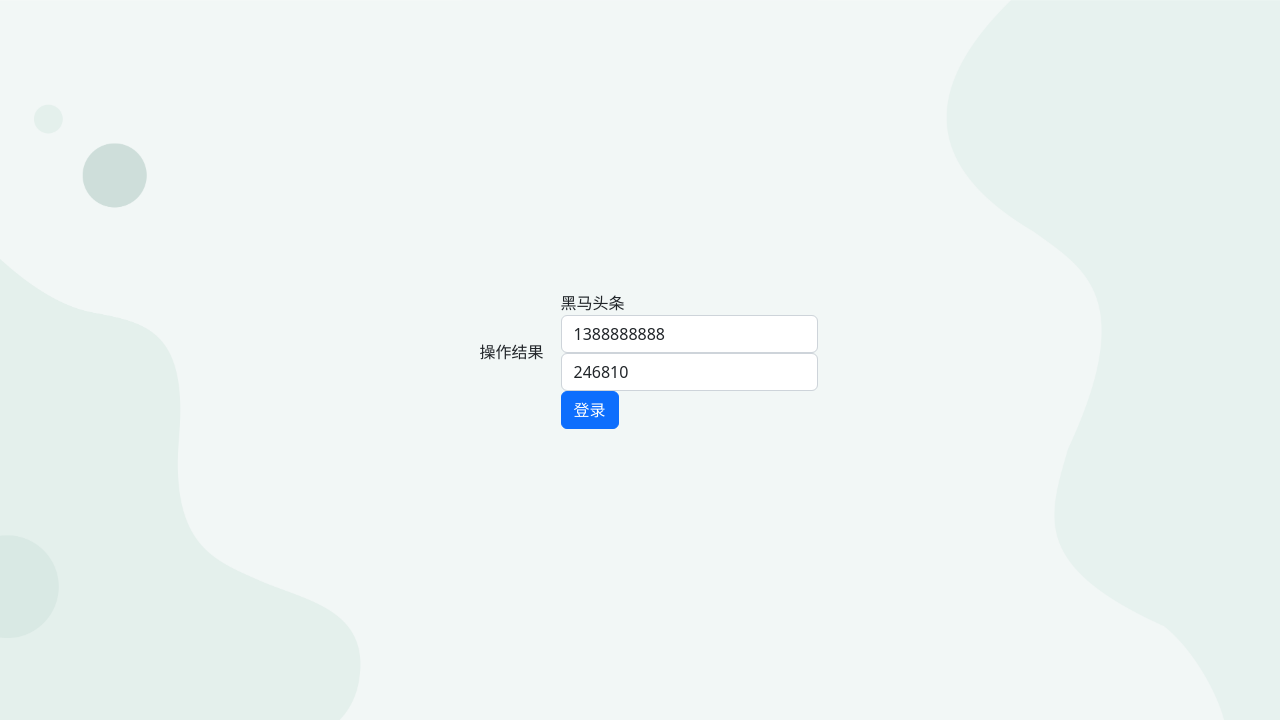
Repository: tangjieqin/heimaToaxios
Page: page/login/assets/index.html
These files come from the project's save history. The page is drawn as it stood at one moment and after the next save; the edit follows.
The browser window is 1280 px wide. The pictures show the whole page.

Above is the page before, as saved 2025-04-05 09:42:08.

### page/login/assets/index.html
<!DOCTYPE html>
<html lang="en">

<head>
    <meta charset="UTF-8">
    <meta http-equiv="X-UA-Compatible" content="IE=edge">
    <meta name="viewport" content="width=device-width, initial-scale=1.0">
    <link rel="stylesheet" href="https://cdn.bootcdn.net/ajax/libs/twitter-bootstrap/5.2.3/css/bootstrap.min.css">
    <link rel="stylesheet" href="./index.css">
    <title>黑马头条-数据管理平台</title>
</head>

<body>
    <!-- 警告框 -->
    <div class="alert info-box">
        操作结果
    </div>
    <!-- 登录页面 -->
    <div class="login-wrap">
        <div class="title">黑马头条</div>
        <div>
            <form class="login-form">
                <div class="item">
                    <input type="text" class="form-control" name="mobile" placeholder="请输入手机号" value="1388888888">
                </div>
                <div class="item">
                    <input type="text" class="form-control" name="code" placeholder="默认验证码246810" value="246810">
                </div>
                <div class="item">
                    <button type="button" class="btn btn-primary btn">登录</button>
                </div>
            </form>
        </div>
    </div>
</body>

</html>

### page/login/assets/index.css
html,
body {
    height: 100%;
    background: url('./assets/login-bg.png') no-repeat center/cover;
    display: flex;
    align-items: center;
    justify-content: center;
}

After the next save:
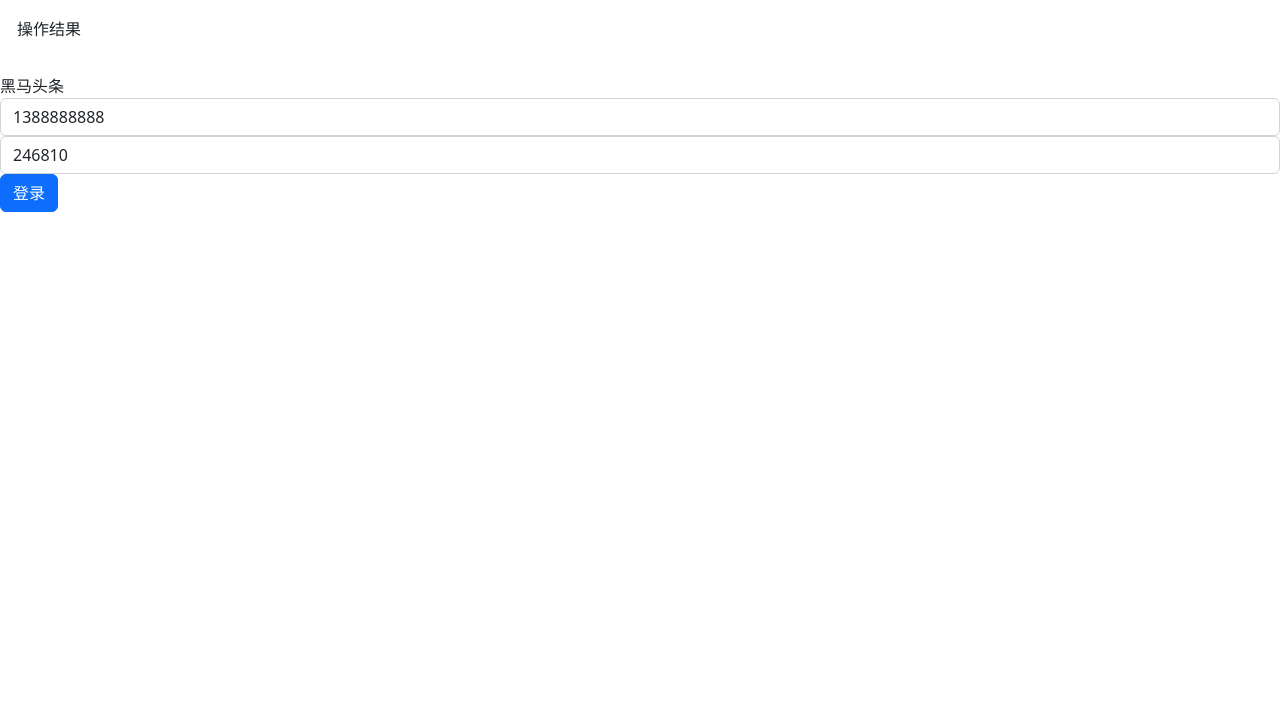
Saved 21 s later.
--- a/page/login/assets/index.css
+++ b/page/login/assets/index.css
@@ -1,8 +1,8 @@
 html,
 body {
     height: 100%;
-    background: url('./assets/login-bg.png') no-repeat center/cover;
+    /* background: url('./assets/login-bg.png') no-repeat center/cover;
     display: flex;
     align-items: center;
-    justify-content: center;
+    justify-content: center; */
 }

After the 3 saves that followed:
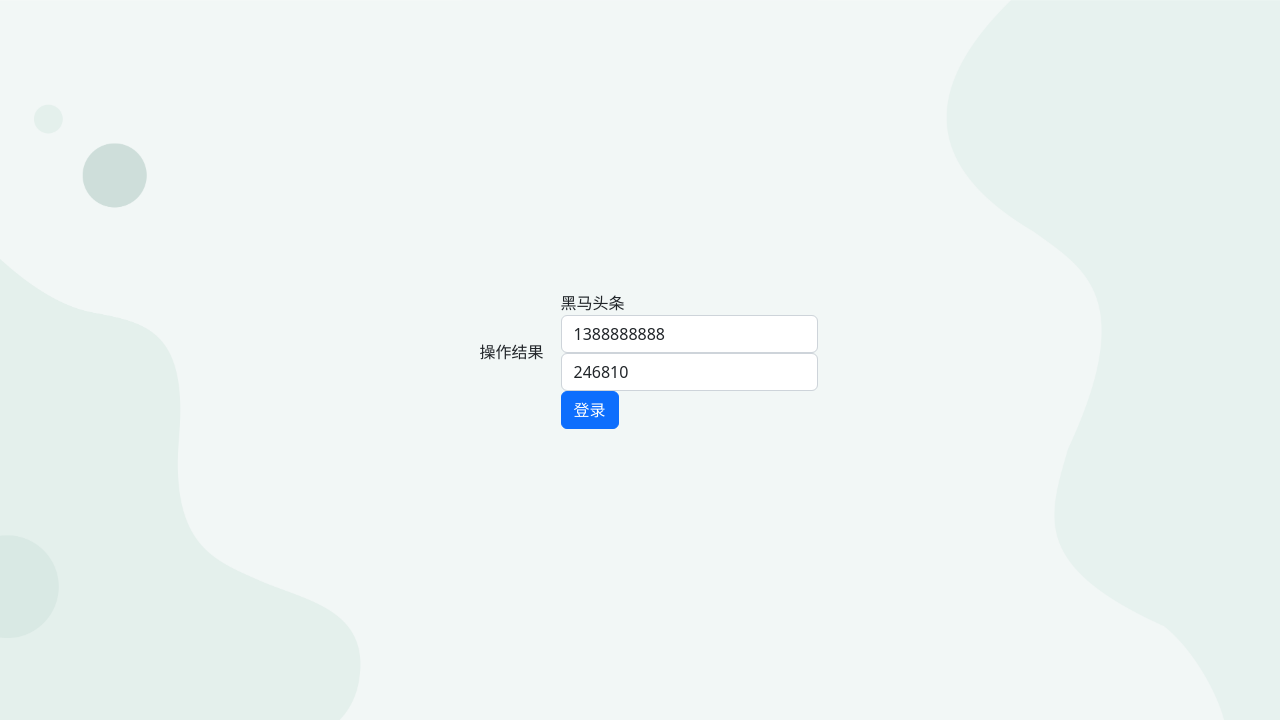
The 3 saves are shown as one change because 2 left the picture as it was.
The last was saved 2 min 19 s later.
--- a/page/login/assets/index.css
+++ b/page/login/assets/index.css
@@ -1,8 +1,8 @@
 html,
 body {
     height: 100%;
-    /* background: url('./assets/login-bg.png') no-repeat center/cover;
+    background: url('./assets/login-bg.png') no-repeat center/cover;
     display: flex;
     align-items: center;
-    justify-content: center; */
+    justify-content: center;
 }
